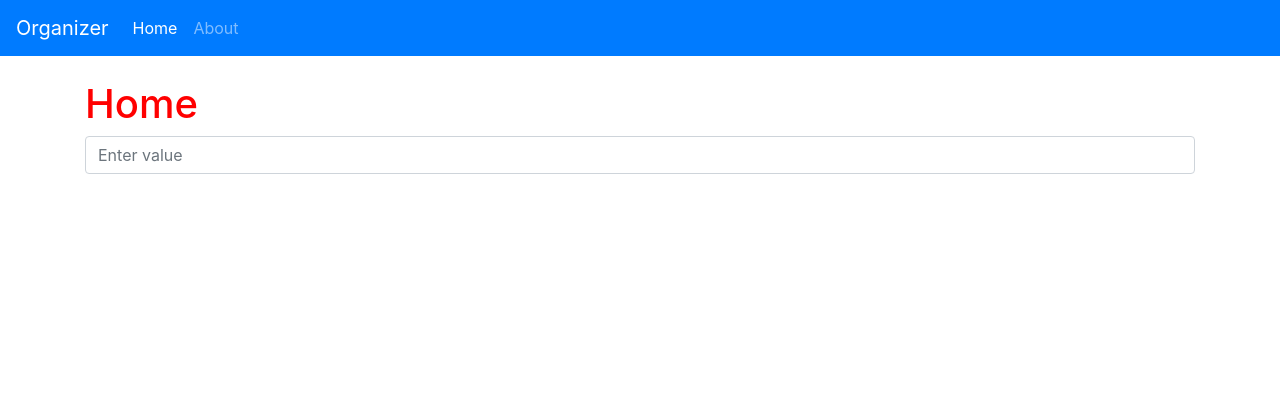
Repository: GregorPiev/orginizer-react-advanced
Page: /
An editor plug-in stored every save of this project. The page is shown before and after a run of saves, followed by the edit.
The browser window is 1280 px wide. The pictures show the whole page.
The project was rebuilt for these pictures with package versions that can differ from the ones it lists, and the page was loaded fresh each time. Also part of the build but not shown: src/pages/About/About.scss, src/pages/About/About.js.

Above is the page before, as saved 2020-08-24 11:18:39.

After the next 3 saves:
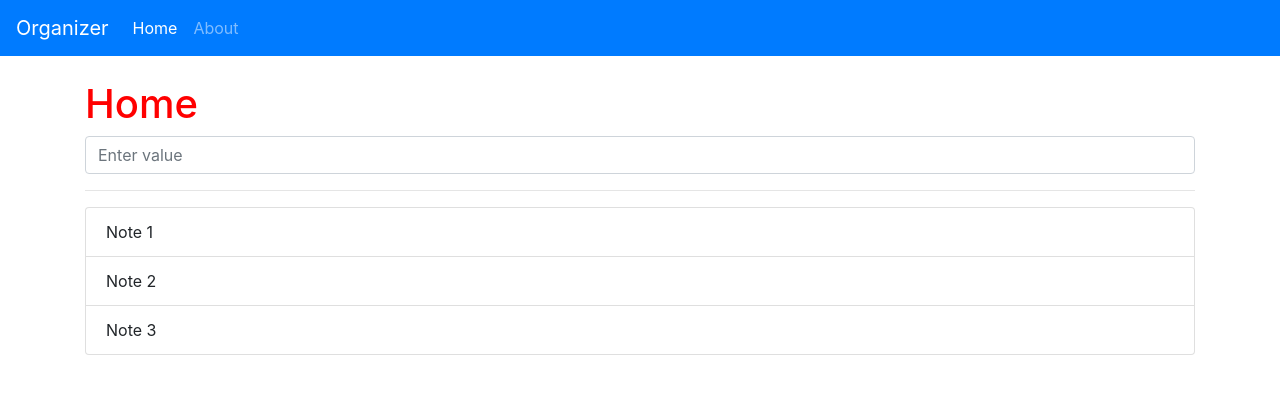
The 3 saves are shown as one change because 2 did not build or start.
The last was saved 4 min 8 s later.
--- a/src/pages/Home/Home.js
+++ b/src/pages/Home/Home.js
@@ -1,12 +1,18 @@
 import React, { Fragment } from 'react';
 import { Form } from '../../components/Form';
+import { Notes } from '../../components/Notes';
 import './Home.scss';
 
 export const Home = () => {
+    const notes = new Array(3)
+        .fill('')
+        .map((_, i) => ({ id: i, title: `Note ${i + 1}` }))
     return (
         <Fragment >
             <h1 className="home">Home</h1>
             <Form />
+            <hr />
+            <Notes notes={notes} />
         </Fragment>
     )
 }
